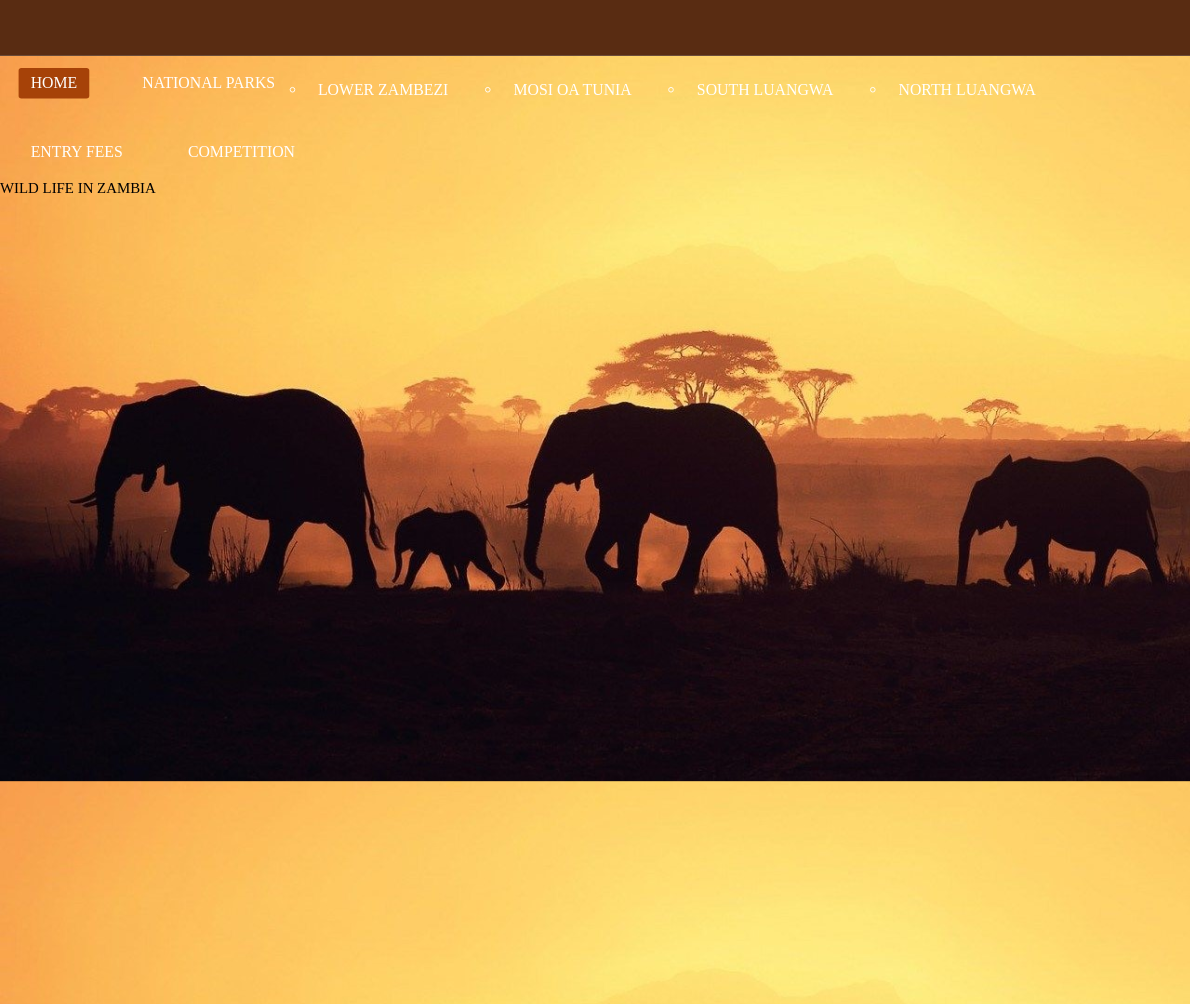
Repository: Lungdjos/web_assignment_3rd_yr
Page: home/index.html
An editor plug-in stored every save of this project. The page is shown before and after a run of saves, followed by the edit.
The browser window is 1280 px wide. The pictures show the whole page, at 93% of full size.
Some web libraries are served in a nearby version.

Above is the page before, as saved 2021-06-17 17:56:17.

### home/index.html
<!DOCTYPE html>
<html lang="en">

<head>
    <meta charset="UTF-8">
    <meta http-equiv="X-UA-Compatible" content="IE=edge">
    <meta name="viewport" content="width=device-width, initial-scale=1.0">
    <link rel="stylesheet" href="index.css">


    <title>Home</title>
    <script src="https://kit.fontawesome.com/a076d05399.js"></script>
</head>

<body>
    <nav>
        <input type="checkbox" id="check">
        <label for="check" class="checkbtn">
            <i class="fas fa-bars"></i>
        </label>
        <label class="logo">  </label>

        <ul>
            <li><a class="active" href="#">Home</a></li>
            <li><a href="#">National Parks</a>
                <ul>
                    <li>
                        <a href="/national parks/lower_zambezi/Lower_Zambezi.html">Lower Zambezi</a>
                    </li>
                    <li>
                        <a href="/national parks/mosi-oa-tunia/Mosi-oa-Tunya.html">Mosi oa Tunia</a>
                    </li>
                    <li>
                        <a href="/national parks/south_luangwa/South_Luangwa.html">South Luangwa</a>
                    </li>
                    <li>
                        <a href="/national parks/north_luangwa/North_Luangwa.html">North Luangwa</a>
                    </li>
                </ul>
            </li>
            <li><a href="/entry fee/entry_fee.html">Entry Fees</a></li>
            <li><a href="/competition/competition.html">Competition</a></li>

        </ul>
    </nav>
    <section>
        <p class="welcome">WILD LIFE IN ZAMBIA</p>
    </section>




</body>

</html>

### home/index.css
* {
    padding: 0;
    margin: 0;
    text-decoration: none;
    box-sizing: border-box;
}

body {
    font-family: montserrat;
}

nav {
    background: #592C12;
    height: 60px;
    width: 100%;
}

label.logo {
    color: white;
    font-size: 35;
    line-height: 60px;
    padding: 0 100px;
    font-weight: bold;
}

nav ul {
    float: right;
    margin-right: 20px;
}

nav ul li {
    display: inline-block;
    line-height: 60px;
    margin: 0 20px;
}

nav ul li a {
    color: white;
    font-size: 17px;
    padding: 7px 13px;
    border-radius: 3px;
    text-transform: uppercase;
}

a.active,
a:hover {
    background: #A64208;
    transition: 0.5s;
}

.checkbtn {
    font-size: 30px;
    color: white;
    float: right;
    line-height: 60px;
    margin-right: 40px;
    cursor: pointer;
    display: none;
}

#check {
    display: none;
}

@media (max-width: 1080px) {
    label.logo {
        font-size: 30px;
        padding-left: 50px;
    }
    nav ul li a {
        font-size: 16px;
    }
}

@media (max-width: 1080px) {
    .checkbtn {
        display: block;
    }
    ul {
        position: fixed;
        width: 100%;
        height: 100vh;
        background: #592C12;
        top: 80px;
        left: -100%;
        text-align: center;
        transition: all 0.5s;
    }
    nav ul li {
        display: block;
        margin: 50px 0;
        line-height: 20px;
    }
    nav ul li a {
        font-size: 20px;
        font-family: Arial, Helvetica, sans-serif;
    }
    a:hover,
    a.active {
        background: none;
        color: #F2D1B3;
    }
    #check:checked~ul {
        left: 0;
    }
}

section {
    background: url(/assets/images/elephants.jpg);
    background-size: no repeat;
    height: calc(150vh - 60px);
}


/**New Content Added*/

nav ul li a:hover>ul {
    display: block;
}

nav ul ul li a {
    width: 100%;
    float: none;
    display: list-item;
    position: relative;
}

After the next 2 saves:
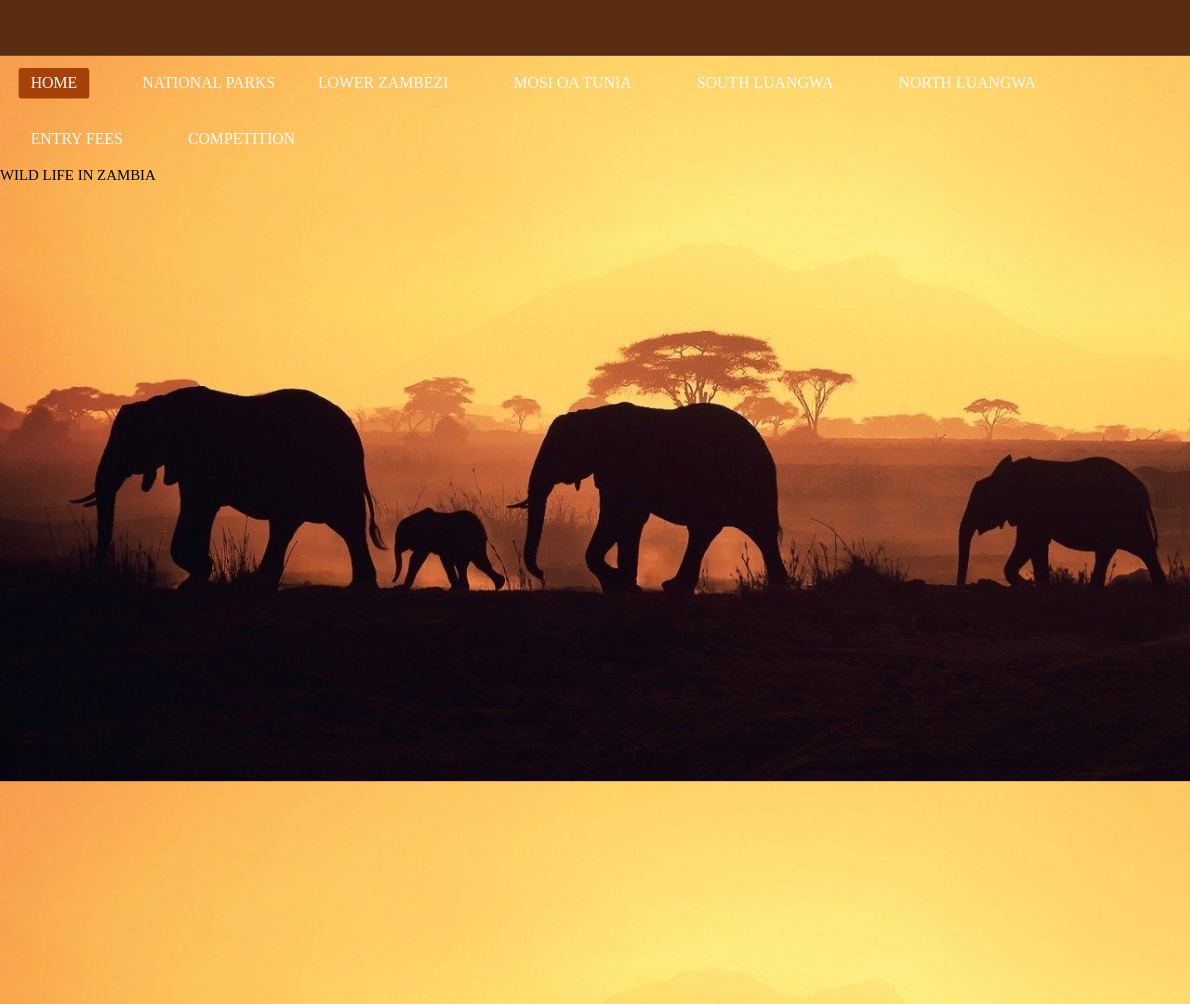
The 2 saves are shown as one change because they came seconds apart.
The last was saved 31 s later.
--- a/home/index.css
+++ b/home/index.css
@@ -114,6 +114,15 @@ section {
 
 /**New Content Added*/
 
+
+/*
+
+nav ul ul {
+    position: absolute;
+    top: -30px;
+    display: none;
+}
+
 nav ul li a:hover>ul {
     display: block;
 }
